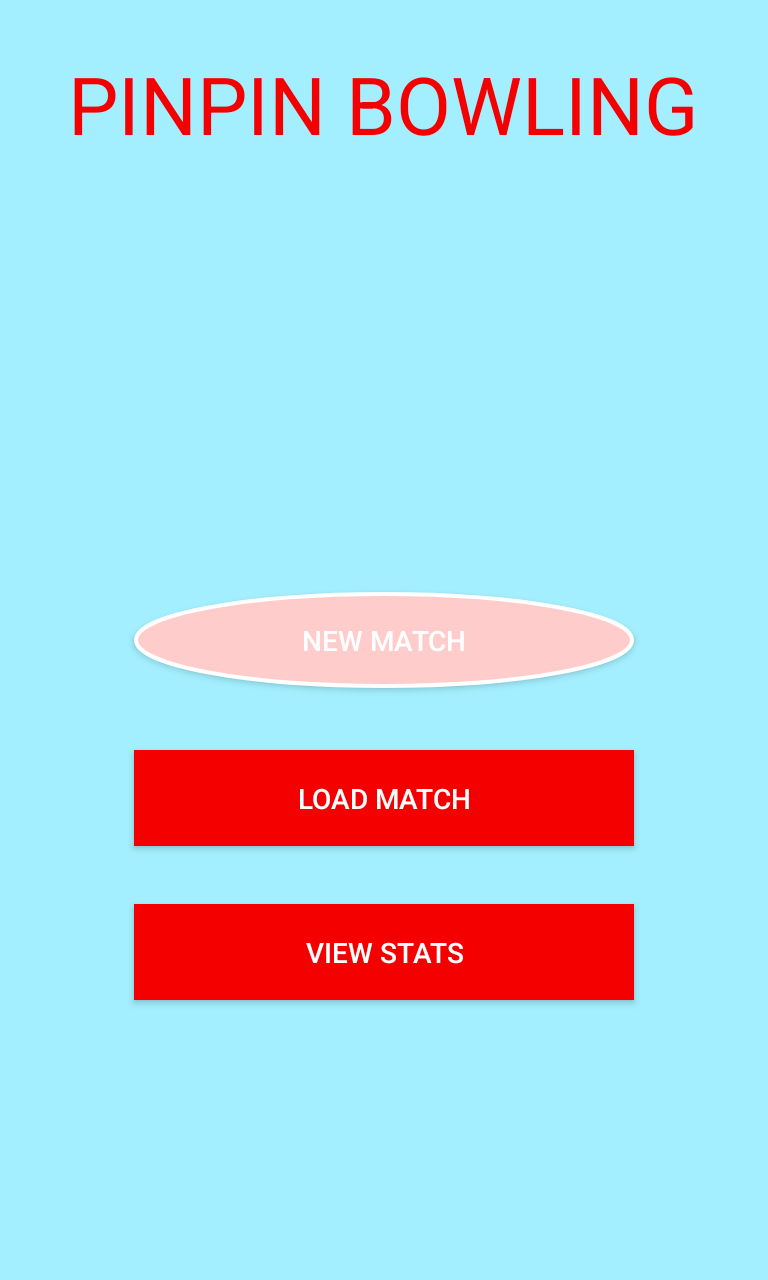
Repository: Atlaspud/TeamMasterE
Layout: BowlingGame/res/layout/main_menu_fragment.xml
The author's editor kept a copy of each file at every save. The layout is drawn from the files as they stood at one save, then again after the next save.
It is drawn on a 768 x 1280 px phone screen (xhdpi) without system bars, with theme AppTheme; the app's code is not run.

Above is the layout before, as saved 2014-10-11 01:48:21.

### BowlingGame/res/layout/main_menu_fragment.xml
<RelativeLayout xmlns:android="http://schemas.android.com/apk/res/android"
    xmlns:tools="http://schemas.android.com/tools"
    android:layout_width="match_parent"
    android:layout_height="match_parent"
    android:background="@color/light_blue"
    android:paddingBottom="@dimen/activity_vertical_margin"
    android:paddingLeft="@dimen/activity_horizontal_margin"
    android:paddingRight="@dimen/activity_horizontal_margin"
    android:paddingTop="@dimen/activity_vertical_margin"
    tools:context="au.edu.jcu.bowlinggame.MainActivity$PlaceholderFragment"
    tools:ignore="HardcodedText,SpUsage" >

    <TextView
        android:id="@+id/textView1"
        android:layout_width="wrap_content"
        android:layout_height="wrap_content"
        android:layout_alignParentTop="true"
        android:layout_centerHorizontal="true"
        android:layout_marginTop="9dp"
        android:text="PINPIN BOWLING"
        android:textAppearance="?android:attr/textAppearanceLarge"
        android:textColor="@color/red"
        android:textSize="40dp" />

    <Button
        android:id="@+id/button1"
        android:layout_width="250dp"
        android:layout_height="wrap_content"
        android:layout_centerHorizontal="true"
        android:layout_centerVertical="true"
        android:background="@drawable/button_shape"
        android:text="NEW MATCH"
        android:textColor="@color/white" />

    <Button
        android:id="@+id/Button01"
        android:layout_width="250dp"
        android:layout_height="wrap_content"
        android:layout_alignLeft="@+id/button1"
        android:layout_below="@+id/button1"
        android:layout_marginTop="31dp"
        android:background="@drawable/custom_button"
        android:text="LOAD MATCH"
        android:textColor="@color/white" />

    <Button
        android:id="@+id/Button02"
        android:layout_width="250dp"
        android:layout_height="wrap_content"
        android:layout_alignLeft="@+id/Button01"
        android:layout_below="@+id/Button01"
        android:layout_marginTop="29dp"
        android:background="@drawable/custom_button"
        android:text="VIEW STATS"
        android:textColor="@color/white" />

</RelativeLayout>

### BowlingGame/res/values/colours.xml
<?xml version="1.0" encoding="utf-8"?>
<resources>
    <color name="light_blue">#A3EFFF</color>
    <color name="red">#F40000</color>
    <color name="dark_red">#C90000</color>
    <color name="white">#FFFFFF</color>
</resources>

### BowlingGame/res/drawable-hdpi/button_shape.xml
<?xml version="1.0" encoding="utf-8"?>

<shape
    xmlns:android="http://schemas.android.com/apk/res/android" android:shape="oval" >
    <solid android:color="#ffcccc"/>
    <stroke android:width="2dp"
        	android:color="#ffffff"/>
</shape>

### BowlingGame/res/drawable-hdpi/custom_button.xml
<?xml version="1.0" encoding="utf-8"?>

<selector xmlns:android="http://schemas.android.com/apk/res/android" >
    <item android:state_pressed="true"
        android:drawable="@color/dark_red">
</item>

    <item android:drawable="@color/red">
</item>

</selector>

<shape xmlns:android="http://schemas.android.com/apk/res/android" android:shape="rectangle">
    <solid android:color="#eeffff"/>
    <corners android:bottomLeftRadius="8dp"
        android:bottomRightRadius="8dp"
        android:topLeftRadius="8dp"
        android:topRightRadius="8dp"/>
</shape>

Loaded but not shown: BowlingGame/res/values/styles.xml (common file); BowlingGame/res/values-v11/styles.xml (common file); BowlingGame/res/values-v14/styles.xml (common file); BowlingGame/res/values/dimens.xml (common file); BowlingGame/res/values-w820dp/dimens.xml (common file)

After the next save:
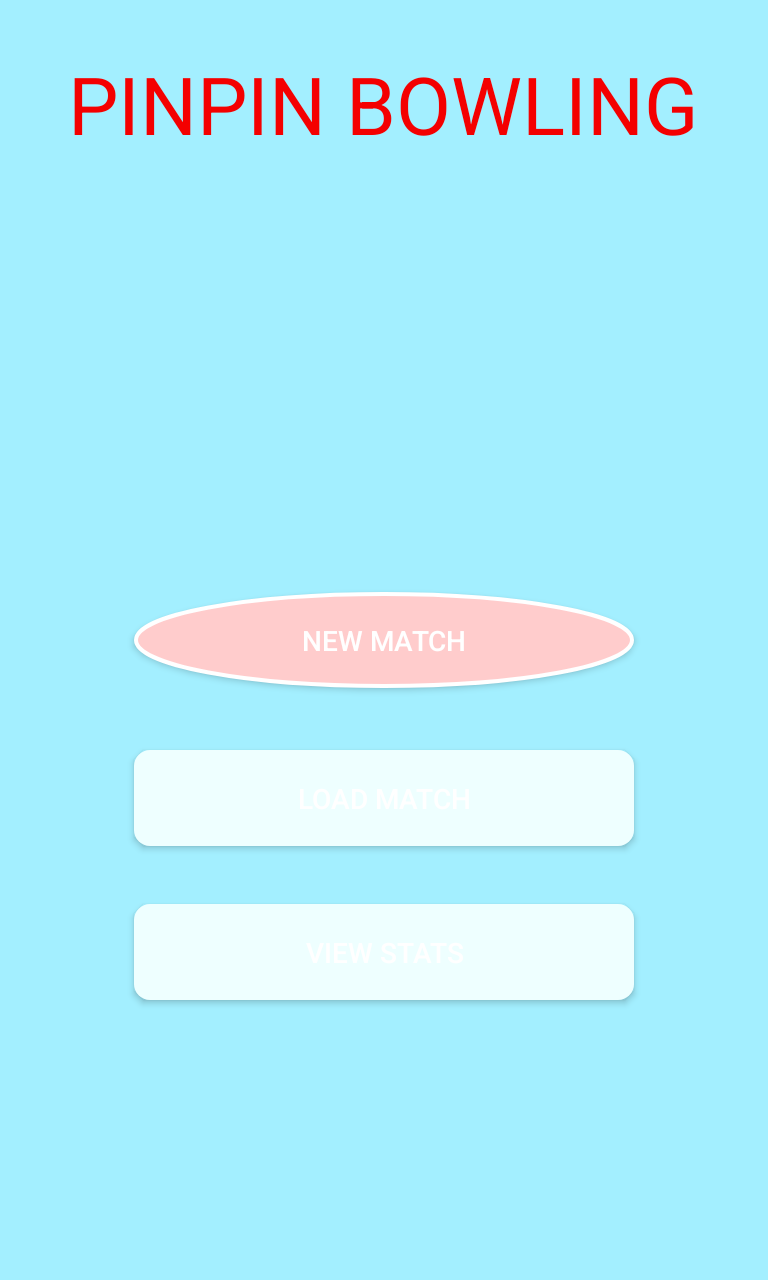
Saved 21 s later.
--- a/BowlingGame/res/drawable-hdpi/custom_button.xml
+++ b/BowlingGame/res/drawable-hdpi/custom_button.xml
@@ -1,4 +1,4 @@
-<?xml version="1.0" encoding="utf-8"?>
+<!-- <?xml version="1.0" encoding="utf-8"?>
 
 <selector xmlns:android="http://schemas.android.com/apk/res/android" >
     <item android:state_pressed="true"
@@ -8,7 +8,7 @@
     <item android:drawable="@color/red">
 </item>
 
-</selector>
+</selector> -->
 
 <shape xmlns:android="http://schemas.android.com/apk/res/android" android:shape="rectangle">
     <solid android:color="#eeffff"/>

After the save that followed:
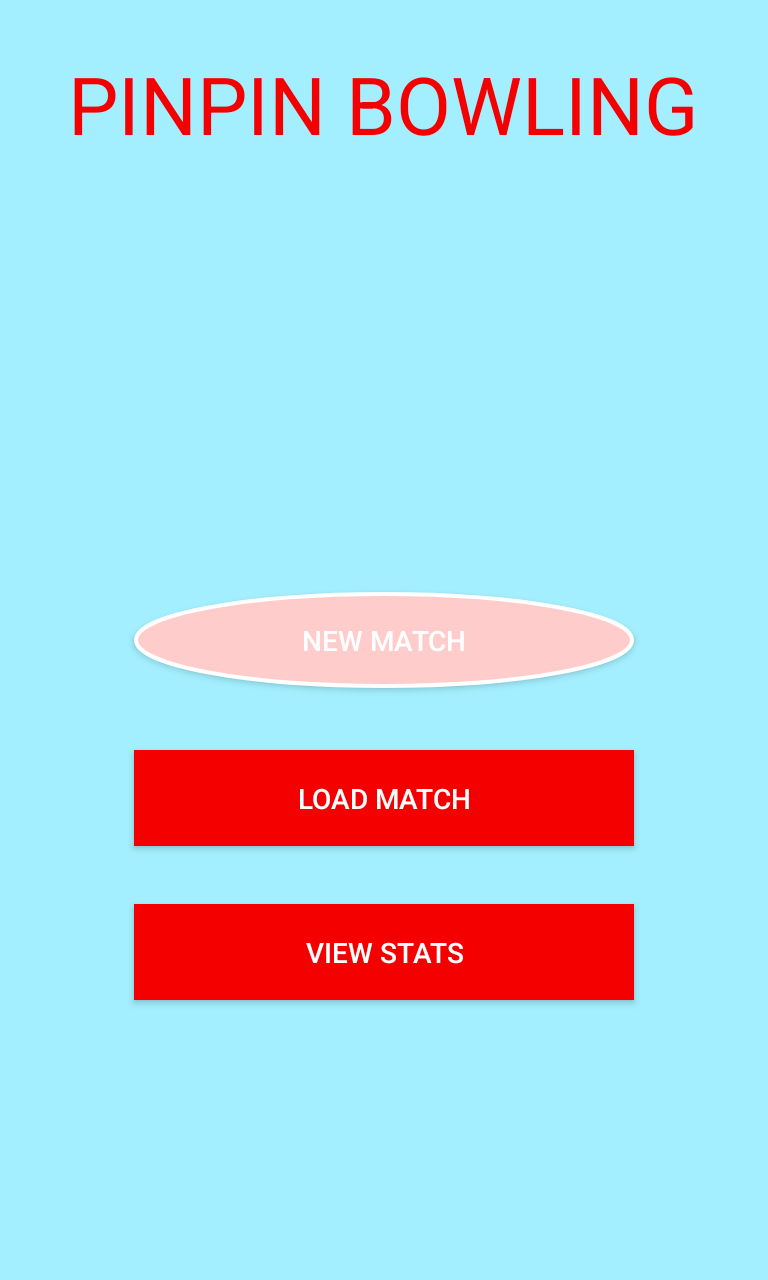
Saved 62 s later.
--- a/BowlingGame/res/drawable-hdpi/custom_button.xml
+++ b/BowlingGame/res/drawable-hdpi/custom_button.xml
@@ -1,4 +1,4 @@
-<!-- <?xml version="1.0" encoding="utf-8"?>
+<?xml version="1.0" encoding="utf-8"?>
 
 <selector xmlns:android="http://schemas.android.com/apk/res/android" >
     <item android:state_pressed="true"
@@ -8,7 +8,7 @@
     <item android:drawable="@color/red">
 </item>
 
-</selector> -->
+</selector>
 
 <shape xmlns:android="http://schemas.android.com/apk/res/android" android:shape="rectangle">
     <solid android:color="#eeffff"/>
